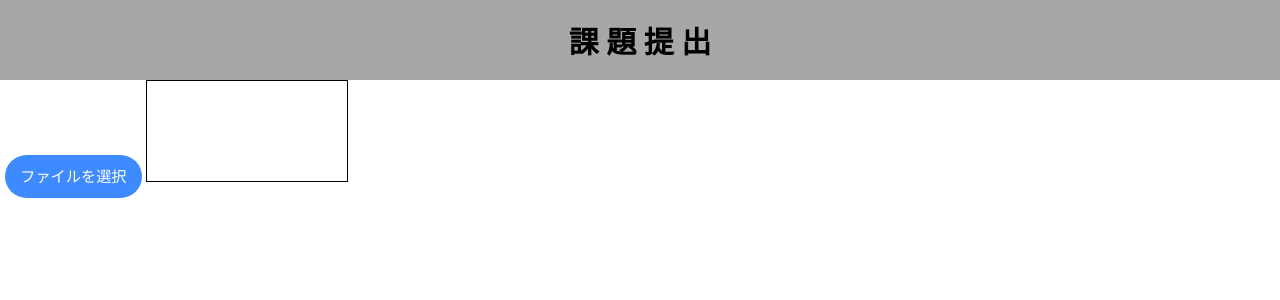
Repository: k-murakami18/canvas_v2
Page: submission.html
These files come from the project's save history. The page is drawn as it stood at one moment and after the next save; the edit follows.
The browser window is 1280 px wide. The pictures show the whole page.

Above is the page before, as saved 2021-01-12 13:46:42.

After the next save:
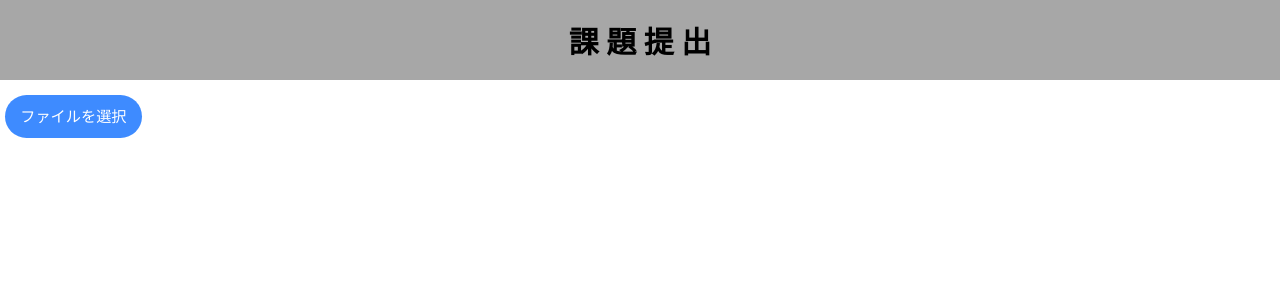
Saved 15 s later.
--- a/submission.html
+++ b/submission.html
@@ -25,7 +25,7 @@
     <input type="file" id="file-sample" accept="image/png, image/jpeg" onchange="previewImage(this);" required>
   </label>
 
-  <canvas id="file-preview" style="max-width:200px;"></canvas>
+  <img id="file-preview">
 
   <script src="./submission.js"></script>
 </body>
